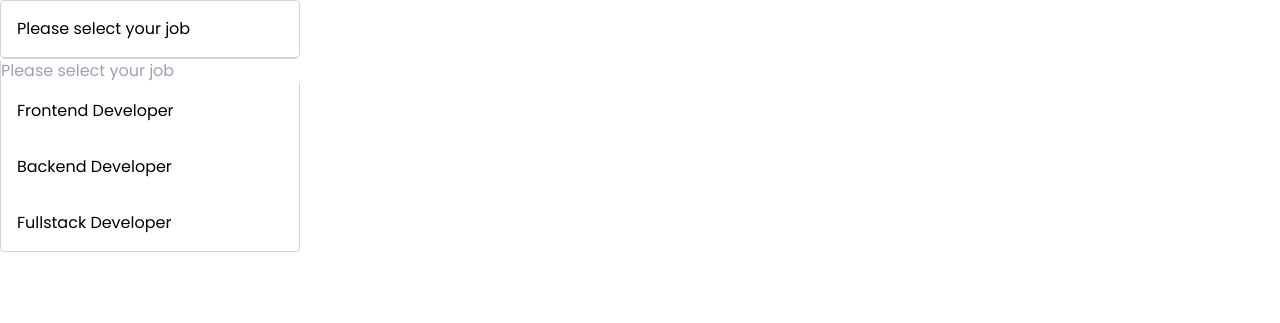
Repository: ThanhPhongsof/React-Course
Page: /, after clicking the first element matching `div.flex`
These files come from the project's save history. The page is drawn as it stood at one moment and after the next save; the edit follows.
The browser window is 1280 px wide. The pictures show the whole page.
The project was rebuilt for these pictures with package versions that can differ from the ones it lists, and the page was loaded fresh each time.

Above is the page before, as saved 2022-04-26 09:17:42.

After the next save:
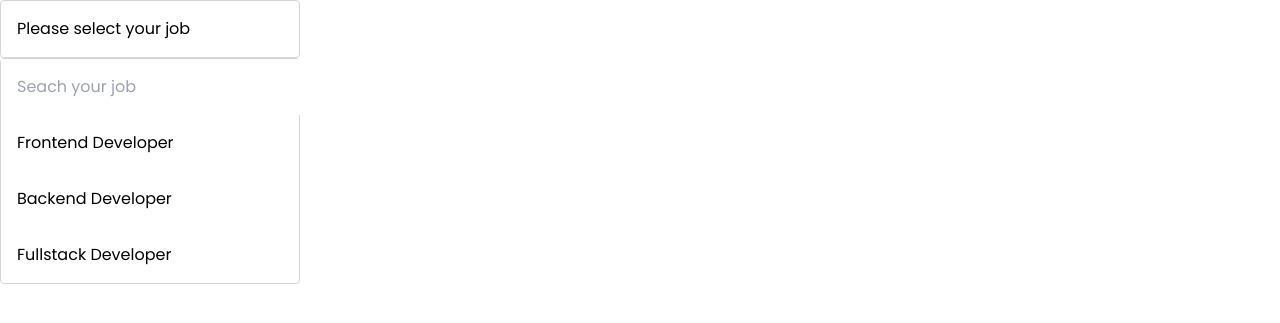
Saved 21 s later.
--- a/src/components/advanced-react/inversion-of-control/Dropdown.js
+++ b/src/components/advanced-react/inversion-of-control/Dropdown.js
@@ -16,7 +16,7 @@ const Dropdown = ({ options, placeholder = "Please select an option" }) => {
       </div>
       {show && (
         <div className="border border-gray-300 rounded options">
-          <input type="text" placeholder={placeholder} />
+          <input type="text" placeholder="Seach your job" className="p-4" />
           {options &&
             options?.map((item) => (
               <div
